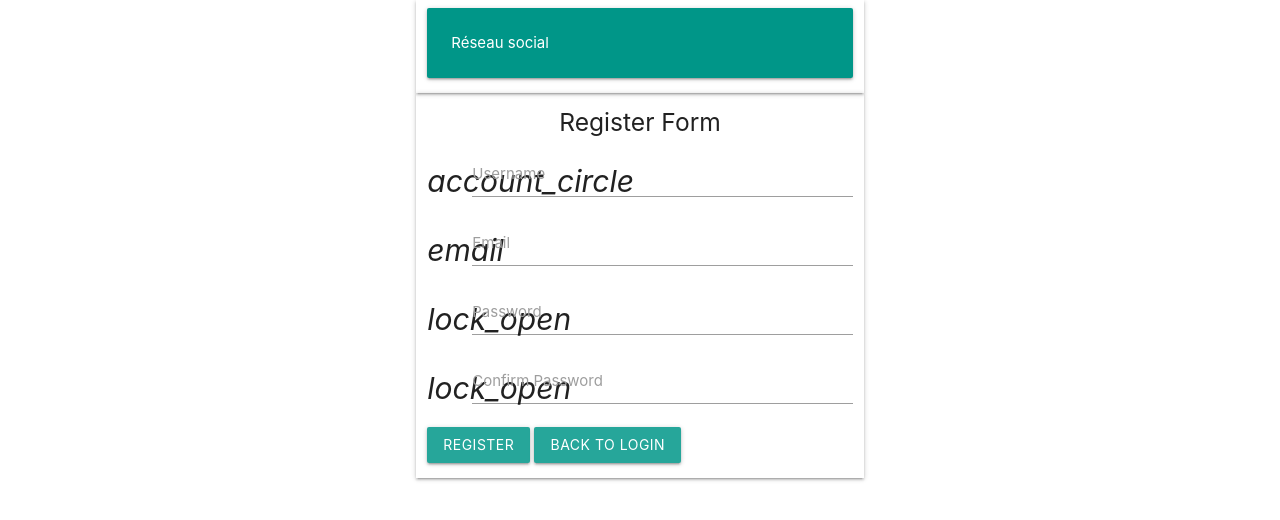
Repository: thdal/Atelier_JEE_16_02
Page: http://localhost/Atelier_JEE_16_02/WEB-INF/pages/connexion/FormRegister.jsp
An editor plug-in stored every save of this project. The page is shown before and after the next save, followed by the edit.
The browser window is 1280 px wide. The pictures show the whole page.
The page is served by Tomcat 9. Nobody is signed in. Other server files are loaded and not shown. The template is opened directly, without the code that normally fills it, so the values that code supplies are empty.

Above is the page before, as saved 2021-02-22 07:20:33.

### Atelier_JEE_16_02/src/main/webapp/WEB-INF/pages/connexion/FormRegister.jsp
<%@ page language="java" contentType="text/html; charset=ISO-8859-1"
    pageEncoding="ISO-8859-1"%>
<!DOCTYPE>
<html>
<head>
<link rel="stylesheet" href="https://cdnjs.cloudflare.com/ajax/libs/materialize/1.0.0/css/materialize.min.css">
	  <link href="https://fonts.googleapis.com/icon?family=Material+Icons" rel="stylesheet">
<meta http-equiv="Content-Type" content="text/html; charset=ISO-8859-1">
<title>Formulaire d'enregistrement</title>
</head>
<body>
<div class="container">

      <div class="row">
       <div class="col s6 offset-s3 z-depth-1">
	        <div class="card-panel teal">
	          <span class="white-text">Réseau social</span>
	        </div>
	      </div>

          <div class="col s6 offset-s3 z-depth-1" id="panell">
            <h5 style="text-align: center;" id="title">Register Form</h5>
            <form>

        <div class="input-field" id="username">
        	 <i class="material-icons prefix">account_circle</i>
	         <input  type="text" class="validate">
	         <label for="username">Username</label>
        </div>
        <div class="input-field" id="username">
             <i class="material-icons prefix">email</i>
	         <input  type="text" class="validate">
	         <label for="username">Email</label>
        </div>
        <div class="input-field" id="password">
            <i class="material-icons prefix">lock_open</i>
            <input  type="password" class="validate">
            <label for="password">Password</label>
        </div>
        <div class="input-field" id="password">
            <i class="material-icons prefix">lock_open</i>
            <input  type="password" class="validate">
            <label for="password">Confirm Password</label>
        </div>
        <a class="waves-effect waves-light btn" id="loginbtn">Register</a>
        <a href="connexion" class="waves-effect waves-light btn" id="loginbtn">Back to login</a>

        </form>

        </div>
      </div>

    </div>

</body>
    <script src="https://cdnjs.cloudflare.com/ajax/libs/materialize/1.0.0/js/materialize.min.js"></script>
</html>

After the next save:
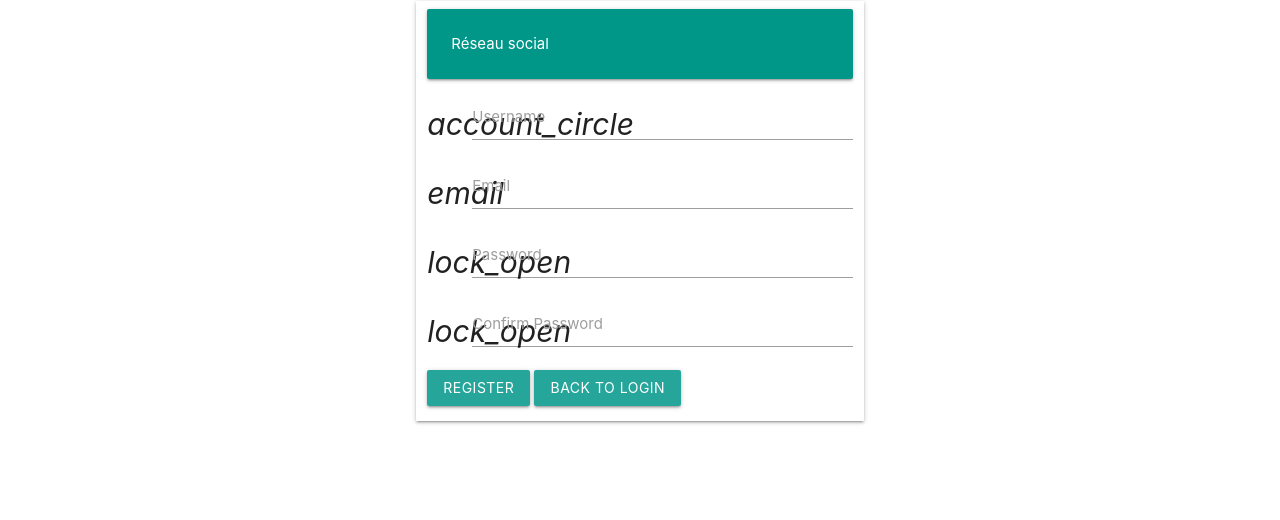
Saved 2 min 0 s later.
--- a/Atelier_JEE_16_02/src/main/webapp/WEB-INF/pages/connexion/FormRegister.jsp
+++ b/Atelier_JEE_16_02/src/main/webapp/WEB-INF/pages/connexion/FormRegister.jsp
@@ -12,14 +12,15 @@
 <div class="container">
 
       <div class="row">
-       <div class="col s6 offset-s3 z-depth-1">
-	        <div class="card-panel teal">
-	          <span class="white-text">Réseau social</span>
-	        </div>
+       <div class="col s6 offset-s3">
+
 	      </div>
 
           <div class="col s6 offset-s3 z-depth-1" id="panell">
-            <h5 style="text-align: center;" id="title">Register Form</h5>
+            <!-- <h5 style="text-align: center;" id="title">Register Form</h5> -->
+            <div class="card-panel teal">
+	          <span class="white-text">Réseau social</span>
+	        </div>
             <form>
 
         <div class="input-field" id="username">
